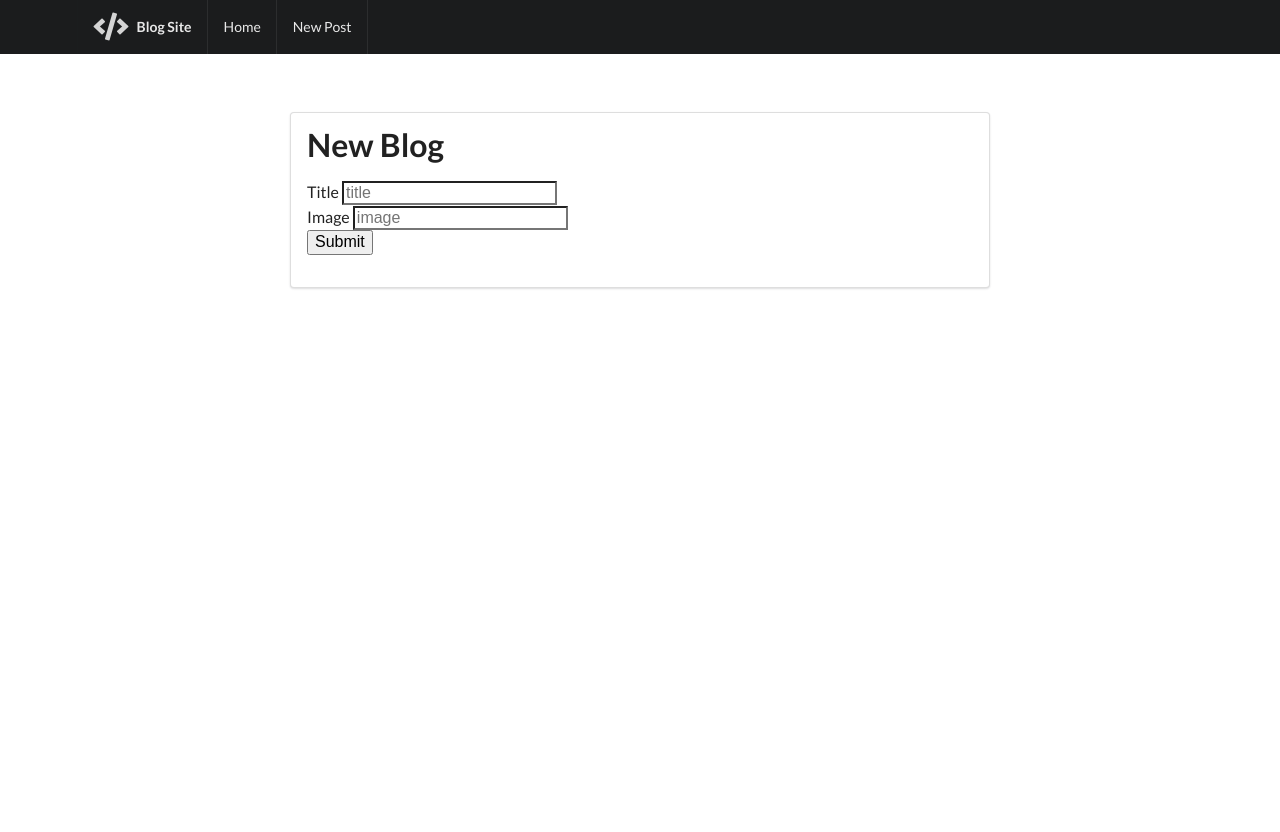
Repository: leandrobellini/Web-Developer-Bootcamp-Udemy
Page: http://localhost/blogs/new
The author's editor kept a record of every edit. The page is drawn from the files as they stood at one moment, then again after the next edit.
The browser window is 1280 px wide. The pictures show the whole page.
Some web libraries are served in a nearby version. The page is served by the project's Node server (RESTfulBlog/app.js).

Above is the page before.

### 29. RESTful Routing/workspace/RESTfulBlog/views/new.ejs
<% include ./partials/header %>

<div class="ui main text container segment">
    <div class="ui huge header">New Blog</div>
    <form action="/blogs" method="POST">
        <div class="field">
            <label>Title</label>
            <input type="text" name="blog[title]" placeholder="title">
        </div>
        <div class="field">
            <label>Image</label>
            <input type="text" name="blog[image]" placeholder="image">
        </div>
        <div class="field">
            <label></label>
        </div>

        <input type="submit">
    </form>
</div>


<% include ./partials/footer %>

### 29. RESTful Routing/workspace/RESTfulBlog/views/partials/header.ejs
<html>
    <head>
        <title>Blog App</title>
        <link rel="stylesheet" type="text/css" href="https://cdnjs.cloudflare.com/ajax/libs/semantic-ui/2.2.11/semantic.css" >
        <link rel="stylesheet" type="text/css" href="/stylesheets/app.css" >
    </head>
    <body>
        <div class="ui fixed inverted menu">
            <div class="ui container">
                <div class="header item">
                    <i class="code icon"></i>
                    Blog Site
                </div>
                <a href="/" class="item">Home</a>
                <a href="/blogs/new" class="item">New Post</a>
            </div>
        </div>

### 29. RESTful Routing/workspace/RESTfulBlog/views/partials/footer.ejs

    </body>
</html>

### 29. RESTful Routing/workspace/RESTfulBlog/app.js
var express =       require("express"),
    app =           express(),
    bodyParser =    require("body-parser"),
    methodOverride = require("method-override"),
    expressSanitizer = require("express-sanitizer"),
    mongoose =      require("mongoose");


//DataBase connect
mongoose.connect("mongodb://localhost/restful_glob_app");

//APP config
app.set("view engine", "ejs");
app.use(express.static("public"));  //pasta a ser usada para arquivos publicos (css, js, imagens)
app.use(bodyParser.urlencoded({extended: true}));
app.use(expressSanitizer());
app.use(methodOverride("_method"));


//MONGO SCHEMA config
var blogSchema = new mongoose.Schema({
    title: String,
    image: String,  //image: {type: String, default: "padrao.jpg"}
    body: String,
    created: {type: Date, default: Date.now}
});

//MONGO MODEL config
var Blog = mongoose.model("Blog",  blogSchema);

// Blog.create({
//     title: "Que dia lindo",
//     image: "https://encrypted-tbn0.gstatic.com/images?q=tbn:ANd9GcQ67GLfV2ki8FH_fPhBaTSIQFJOi5rkvhxhO-1_MavfrL2cB1lt",
//     body: "Nao muito a dizer!"
// });

//RESTful ROUTES
app.get("/", function(req, res) {
   res.redirect("/blogs");
});

app.get("/blogs", function(req, res){
    Blog.find({}, function(err, blogs){
       if(err){
           console.log("Error when trying to find blogs");
       } else{
           res.render("index", {blogs: blogs});
       }
    });
});

app.post("/blogs", function(req, res){
    Blog.create(req.body.blog, function(err, newBlog){
        if(err){
            res.render("/blogs/new");
        }else{
            res.redirect("/blogs");
        }
    });
});

app.get("/blogs/new", function(req, res) {
   res.render("new");
});

app.get("/blogs/:id", function(req, res) {
   Blog.findById(req.params.id, function(err, foundBlog){
       if(err){
           console.log("No found!");
           res.redirect("/blogs");
       }else{
           res.render("show", {blog: foundBlog});
       }
   });
});

app.get("/blogs/:id/edit", function(req, res) {
    Blog.findById(req.params.id, function(err, foundBlog){
       if(err){
           res.redirect("/blogs");
       }else{
           res.render("edit", {blog: foundBlog});
       }
    });
});

app.put("/blogs/:id", function(req, res){
    /* Blog.findByIdAndUpdate(id, newData, callBack) */

    Blog.findByIdAndUpdate(req.params.id, req.body.blog, function(err, updatedBlog){
      if(err){
          res.redirect("/blogs");
      }else{
          res.redirect("/blogs/" + req.params.id);
      }
    });

});

app.delete("/blogs/:id", function(req, res){
    //destroy blog
    Blog.findByIdAndRemove(req.params.id, function(err){
        if(err){
            res.redirect("/blogs");
        }else{
            res.redirect("/blogs");
        }
    })
});

app.listen(process.env.PORT, process.env.IP, function(){
    console.log("running...");
});

### 29. RESTful Routing/workspace/RESTfulBlog/public/stylesheets/app.css
i.icon{
    font-size: 2em;
}

.container.main{
    margin-top: 7.0em;
}

After the next edit:
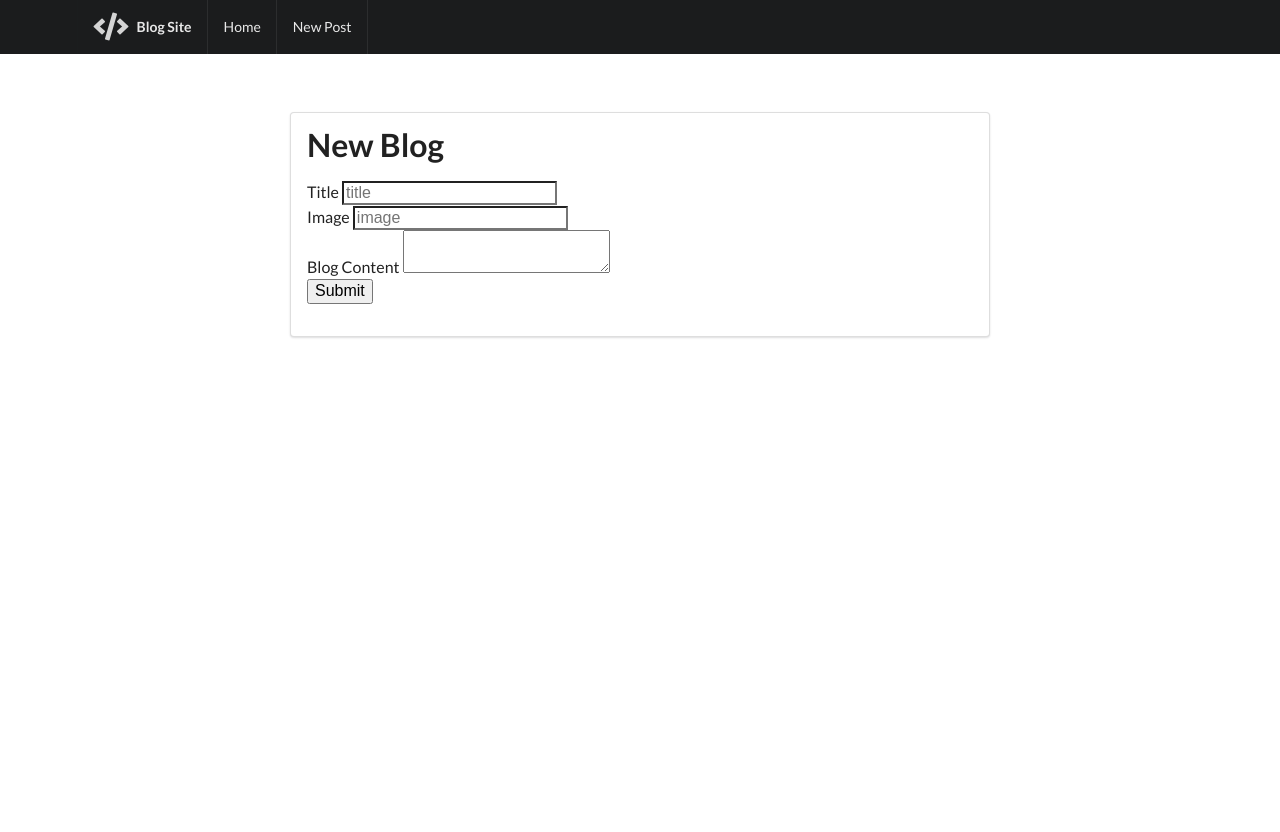
The edit:
--- a/29. RESTful Routing/workspace/RESTfulBlog/views/new.ejs
+++ b/29. RESTful Routing/workspace/RESTfulBlog/views/new.ejs
@@ -12,7 +12,8 @@
             <input type="text" name="blog[image]" placeholder="image">
         </div>
         <div class="field">
-            <label></label>
+            <label>Blog Content</label>
+            <textarea name="blog[body]"></textarea>
         </div>
 
         <input type="submit">
